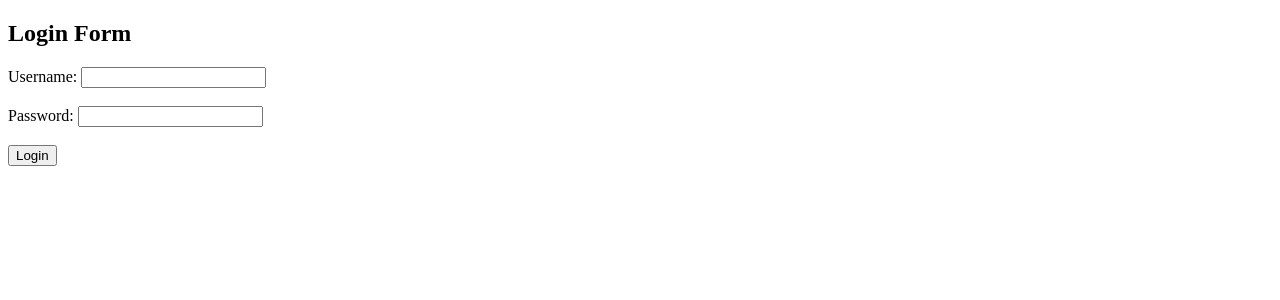
Repository: v-vek-kannan/servlets
Page: http://localhost/project/
An editor plug-in stored every save of this project. The page is shown before and after the next save, followed by the edit.
The browser window is 1280 px wide. The pictures show the whole page.
The page is served by Tomcat 10. Nobody is signed in. The application's start-up code is not run. Other server files are loaded and not shown.

Above is the page before, as saved 2025-04-25 07:08:19.

### project/src/main/webapp/index.jsp
<%@ page language="java" contentType="text/html; charset=UTF-8"
    pageEncoding="UTF-8"%>
<!DOCTYPE html>
<html>
<head>
<meta charset="UTF-8">
<title>Insert title here</title>
</head>
<body>
<h2>Login Form</h2>
    <form action="login" method="post">
        Username: <input type="text" name="username" required><br><br>
        Password: <input type="password" name="password" required><br><br>
        <input type="submit" value="Login">
    </form>
</body>
</html>

After the next save:
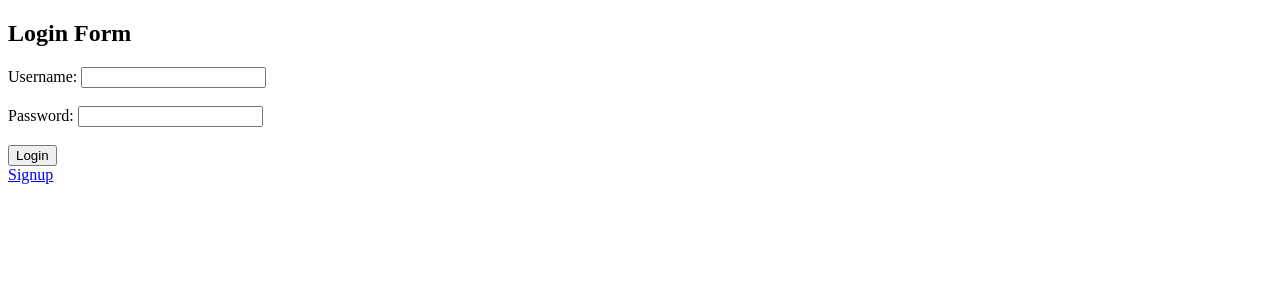
Saved 12 s later.
--- a/project/src/main/webapp/index.jsp
+++ b/project/src/main/webapp/index.jsp
@@ -13,5 +13,6 @@
         Password: <input type="password" name="password" required><br><br>
         <input type="submit" value="Login">
     </form>
+    <a href="/signup">Signup</a>
 </body>
 </html>
